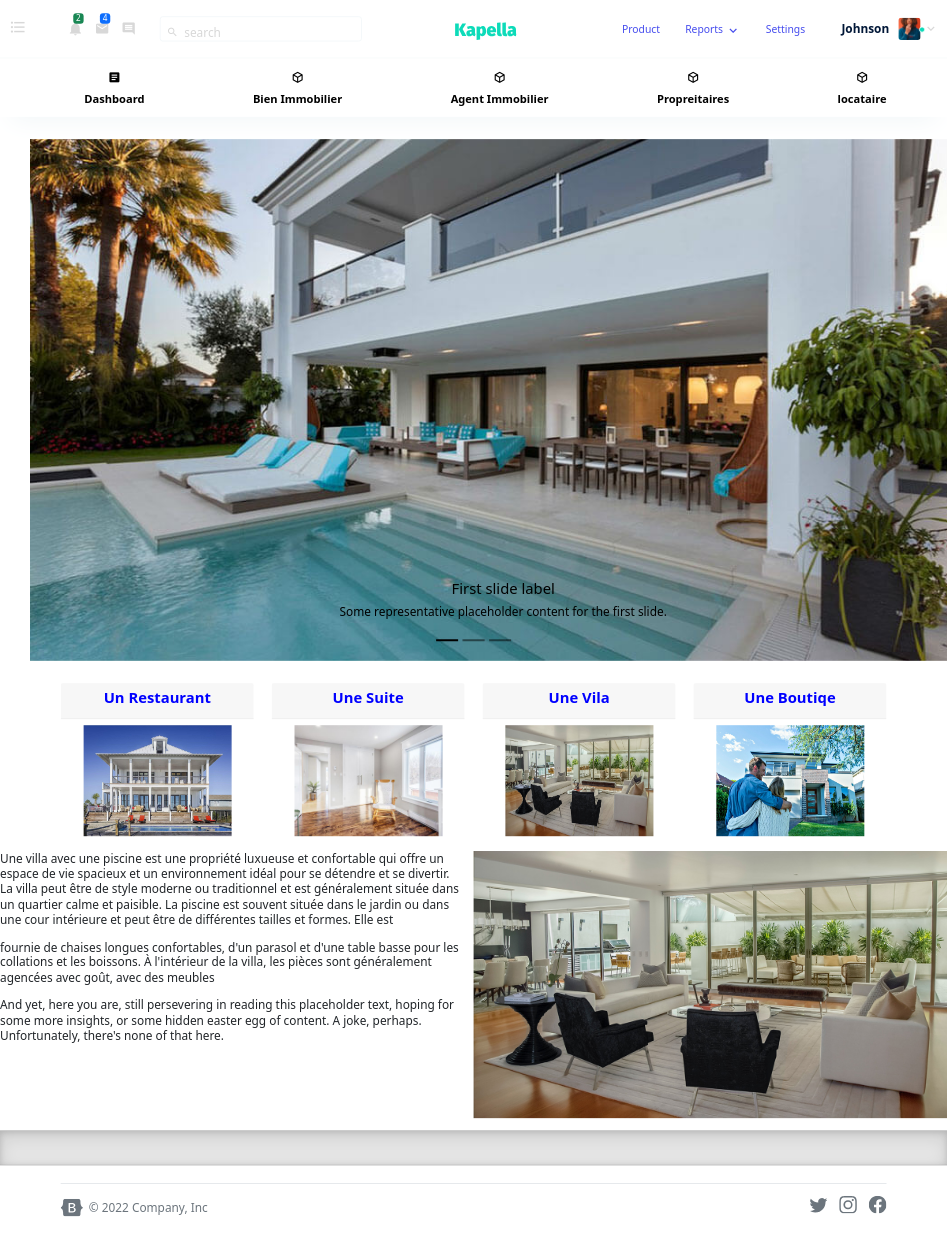
Repository: dimitri0004/Bien
Page: templates/dashbord/index.html.twig
These files come from the project's save history. The page is drawn as it stood at one moment and after the next save; the edit follows.
The browser window is 1280 px wide. The pictures show the whole page, at 74% of full size.
The page is a Twig template of a Symfony application; nobody is signed in and links lead nowhere. The template is opened directly, without the code that normally fills it, so the values that code supplies are empty.

Above is the page before, as saved 2023-04-05 01:56:17.
Console error: TypeError: Cannot read properties of null (reading 'addEventListener')

After the next save:
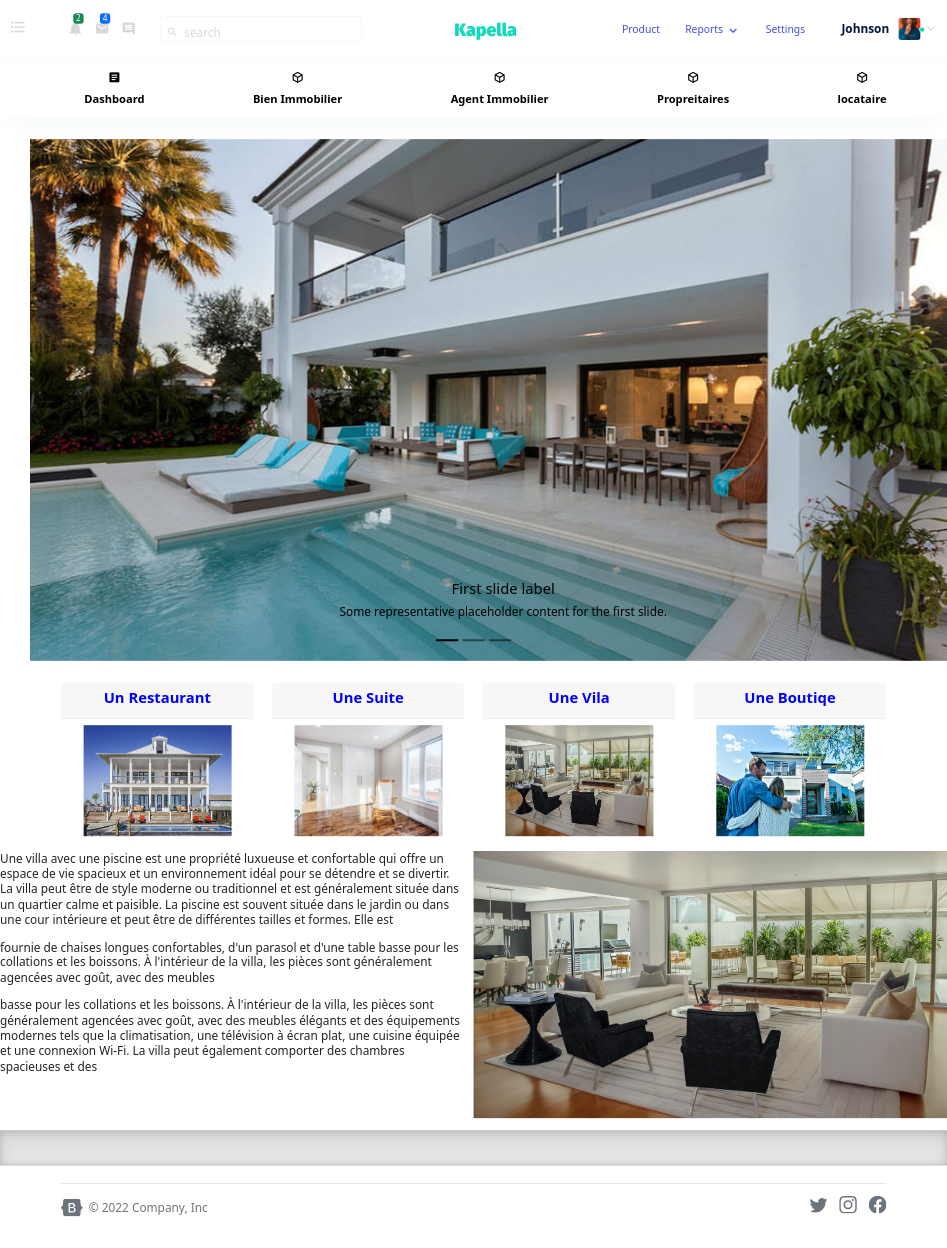
Saved 18 s later.
--- a/templates/dashbord/index.html.twig
+++ b/templates/dashbord/index.html.twig
@@ -84,7 +84,7 @@
         </p>
 
         <p>
-          And yet, here you are, still persevering in reading this placeholder text, hoping for some more insights, or some hidden easter egg of content. A joke, perhaps. Unfortunately, there's none of that here.
+            basse pour les collations et les boissons. À l'intérieur de la villa, les pièces sont généralement agencées avec goût, avec des meubles élégants et des équipements modernes tels que la climatisation, une télévision à écran plat, une cuisine équipée et une connexion Wi-Fi. La villa peut également comporter des chambres spacieuses et des
         </p>
       </div>
 
